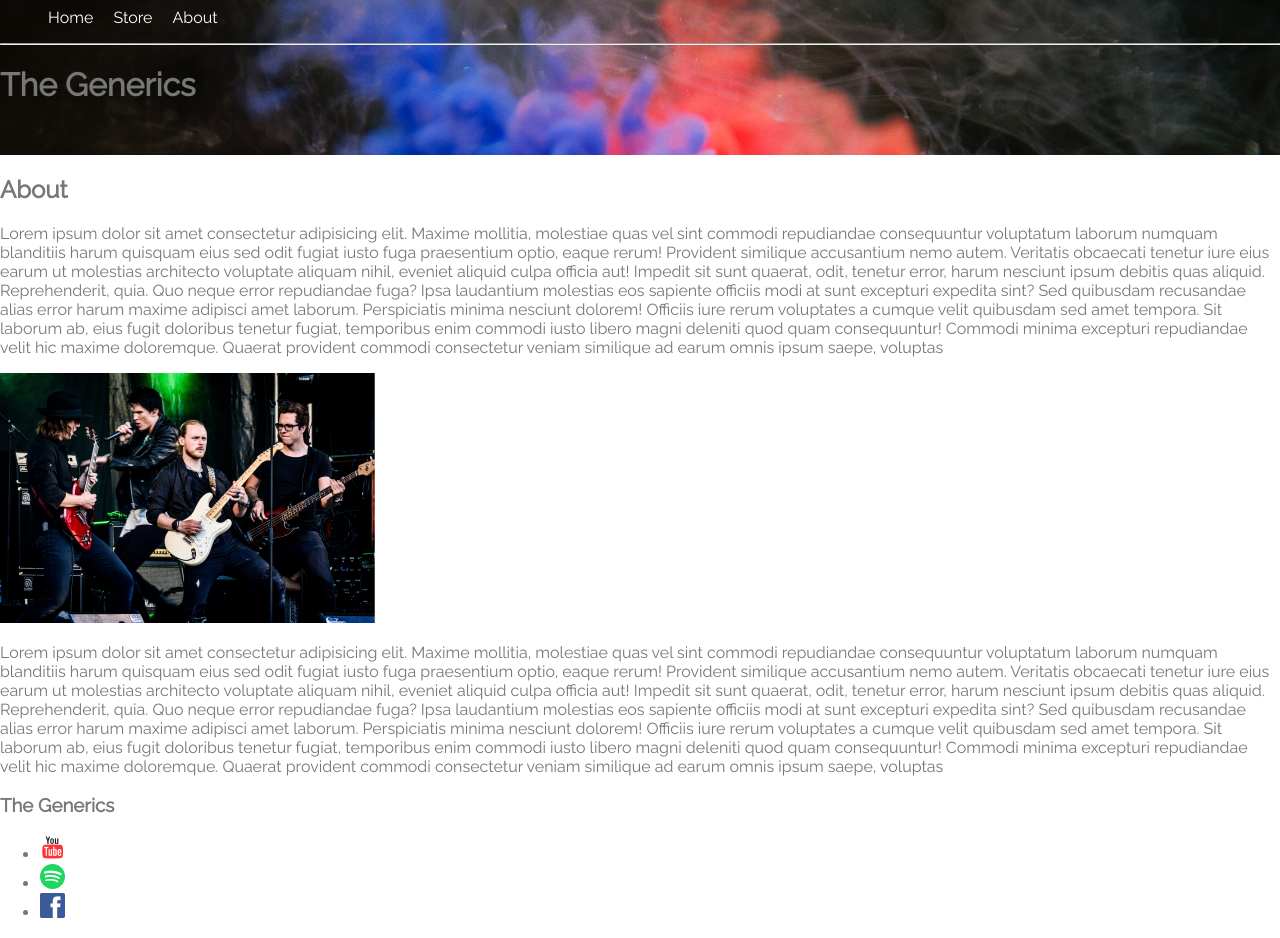
Repository: nazmulhaquep/WebDesign
Page: about.html
The author's editor kept a copy of each file at every save. The page is drawn from the files as they stood at one save, then again after the next save.
The browser window is 1280 px wide. The pictures show the whole page.

Above is the page before, as saved 2023-11-23 10:52:05.

After the next save:
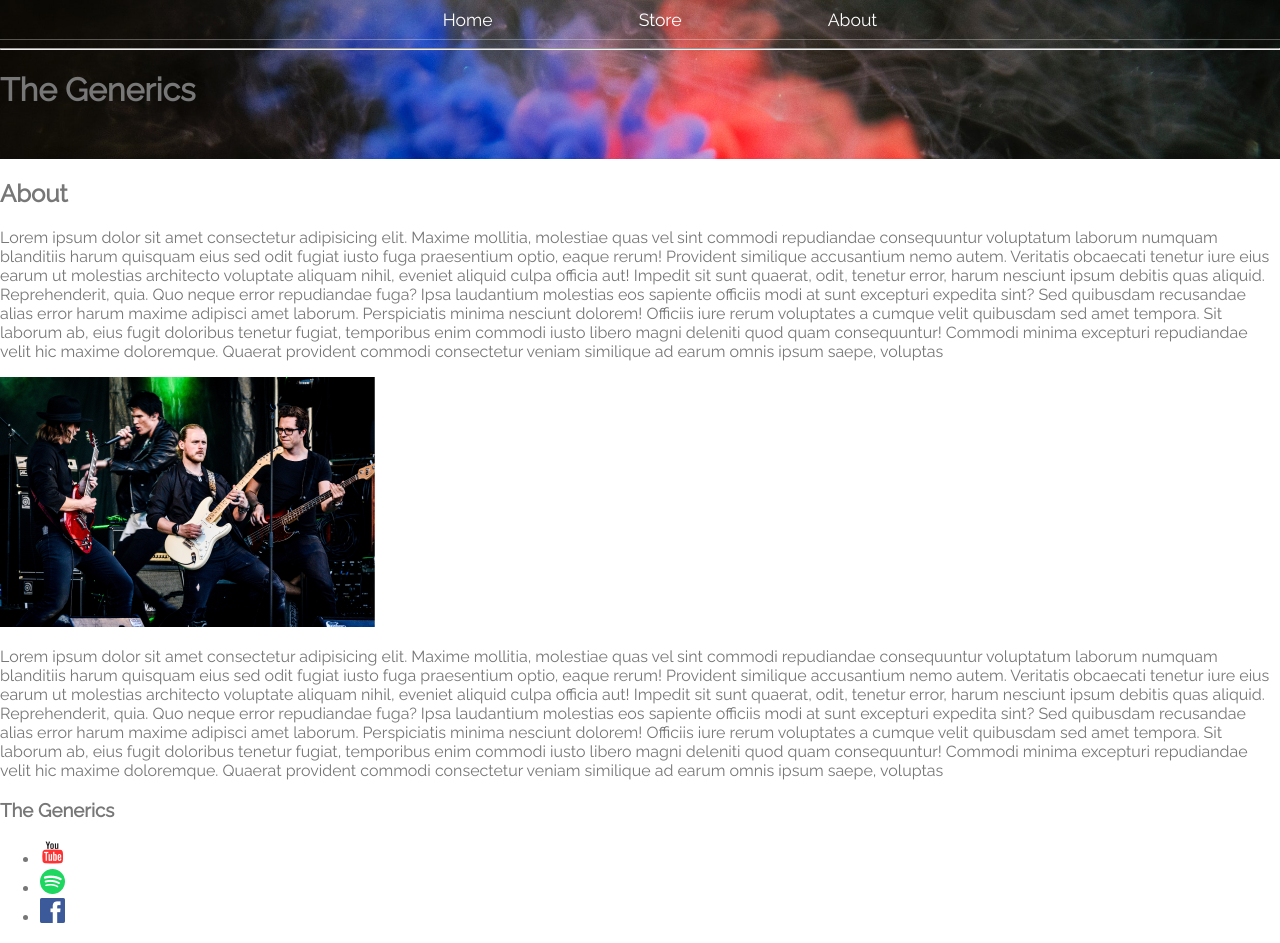
Saved 62 s later.
--- a/about.html
+++ b/about.html
@@ -9,7 +9,7 @@
 </head>
 <body>
     <header class="main-header">
-        <nav class="nav">
+        <nav class="nav main-nav">
             <ul>
                 <li><a href="index.html">Home</a></li>
                 <li><a href="store.html">Store</a></li>
